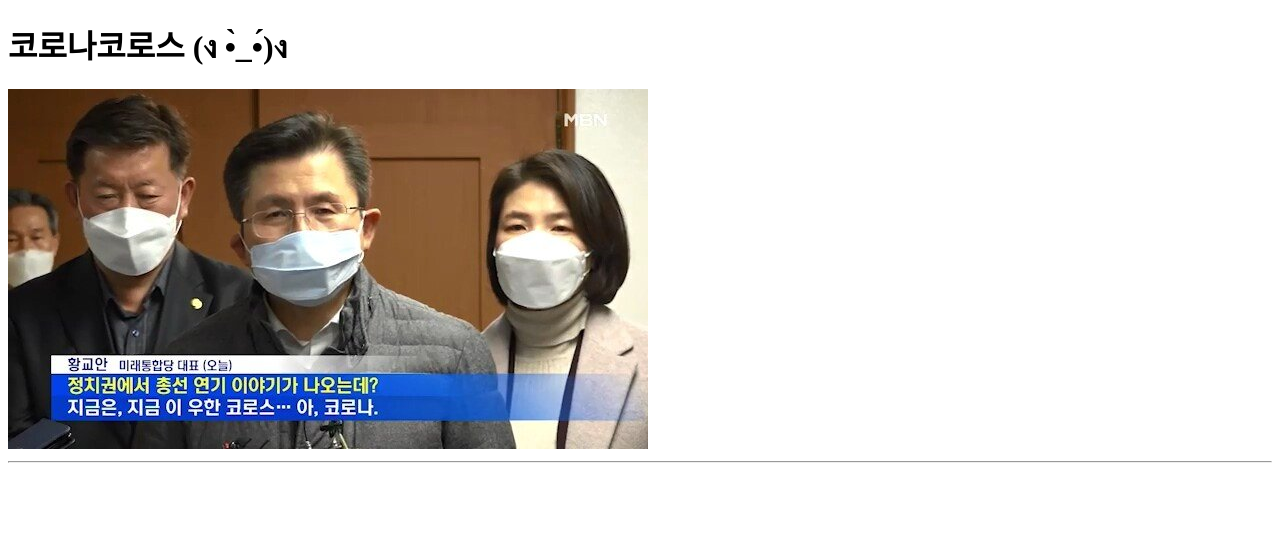
Repository: bbookk1104/spring-workspace
Page: http://localhost/practice_CRUD/
An editor plug-in stored every save of this project. The page is shown before and after the next save, followed by the edit.
The browser window is 1280 px wide. The pictures show the whole page.
The page is served by Tomcat 9.

Above is the page before, as saved 2022-09-30 08:48:16.

After the next save:
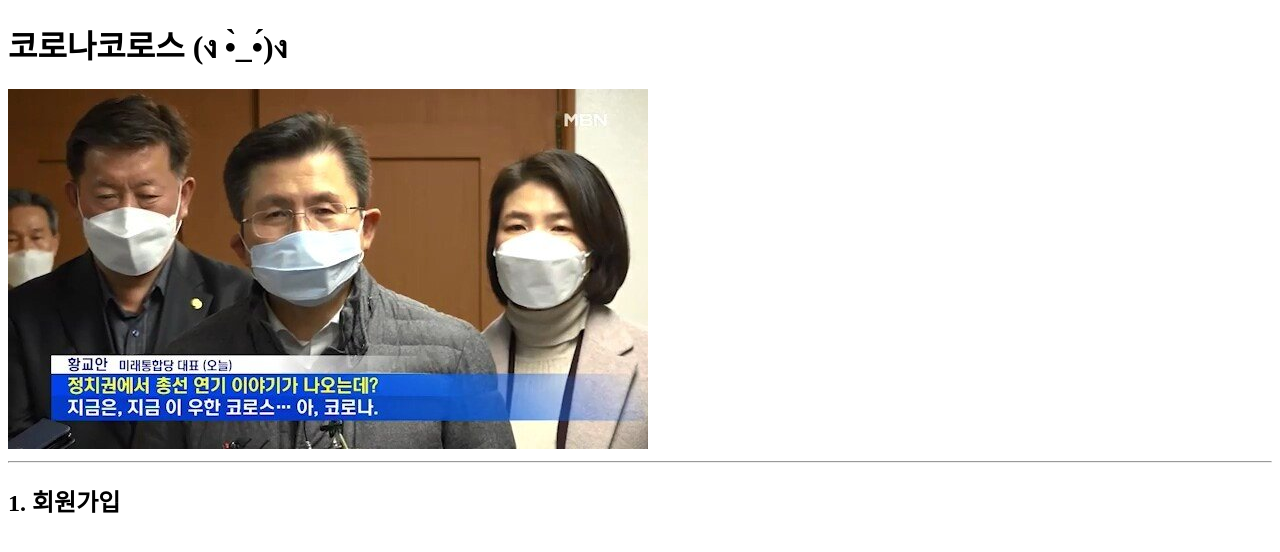
Saved 31 s later.
--- a/practice_CRUD/src/main/webapp/index.jsp
+++ b/practice_CRUD/src/main/webapp/index.jsp
@@ -10,6 +10,6 @@
 	<h1>코로나코로스 (ง •̀_•́)ง </h1>
 	<img src="/resources/img/coross.jpg">
 	<hr>
-
+	<h2>1. 회원가입</h2>
 </body>
 </html>
